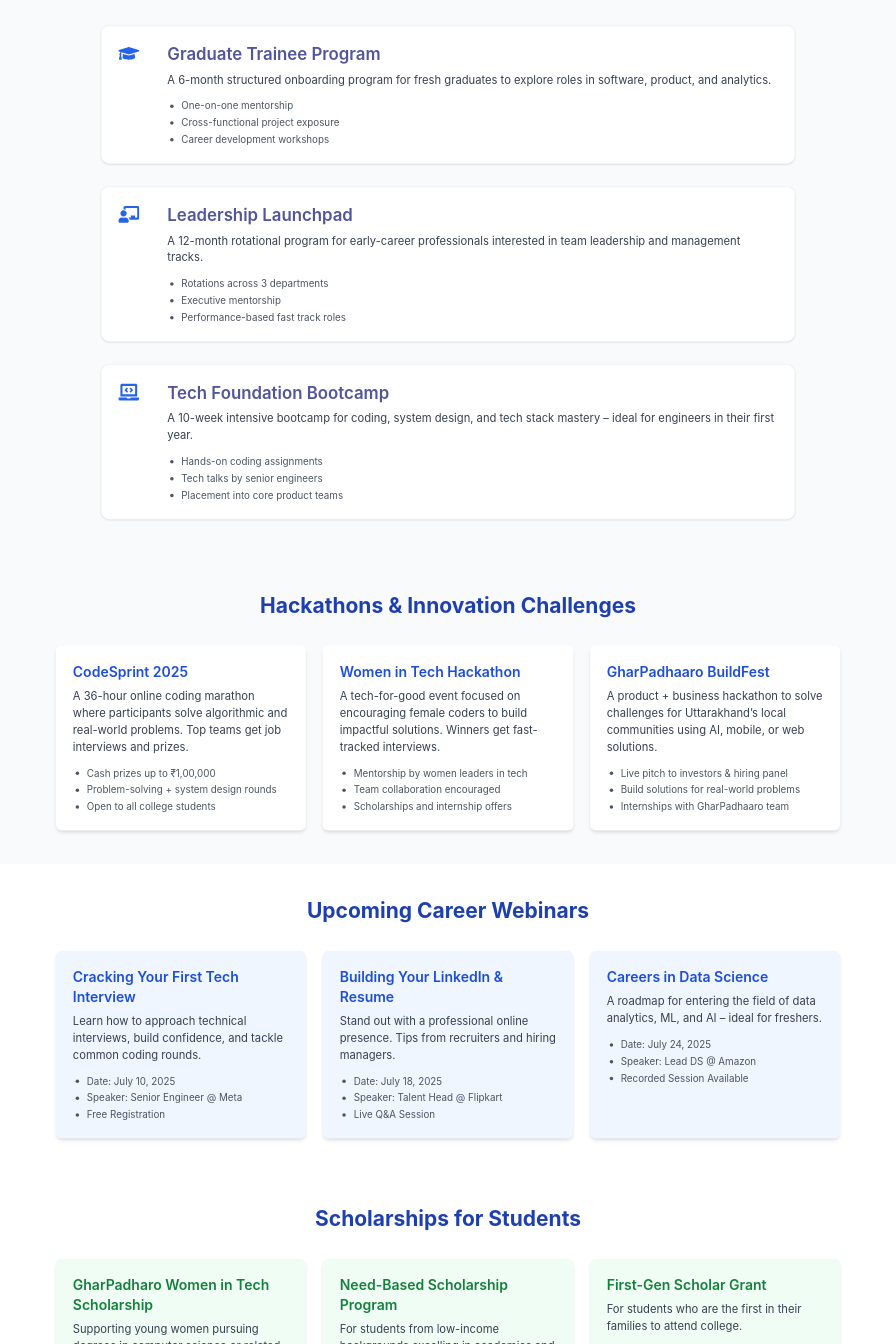
Repository: Siddharthkothiyal/GharPadhaaroCareerWebsite
Page: /#/students
An editor plug-in stored every save of this project. The page is shown before and after the next save, followed by the edit.
The browser window is 1280 px wide. The pictures show the part of the page from y = 2135 to 4055 px (the page is 5581 px tall), at 70% of full size.
The project was rebuilt for these pictures with package versions that can differ from the ones it lists, and the page was loaded fresh each time. Also part of the build but not shown: src/components/CareerPortal/JobListing/JobListings.css, src/components/CareerPortal/JobListing/JobListings.js, src/components/CareerPortal/Header.css, src/components/CareerPortal/ResumeUpload.css, src/components/CareerPortal/ResumeUpload.js, src/components/CareerPortal/Header.js, src/components/CareerPortal/JobListing/JobSearch.css, src/components/CareerPortal/JobListing/JobSearch.js and 10 more.

Above is the page before, as saved 2025-06-21 22:09:49.

After the next save:
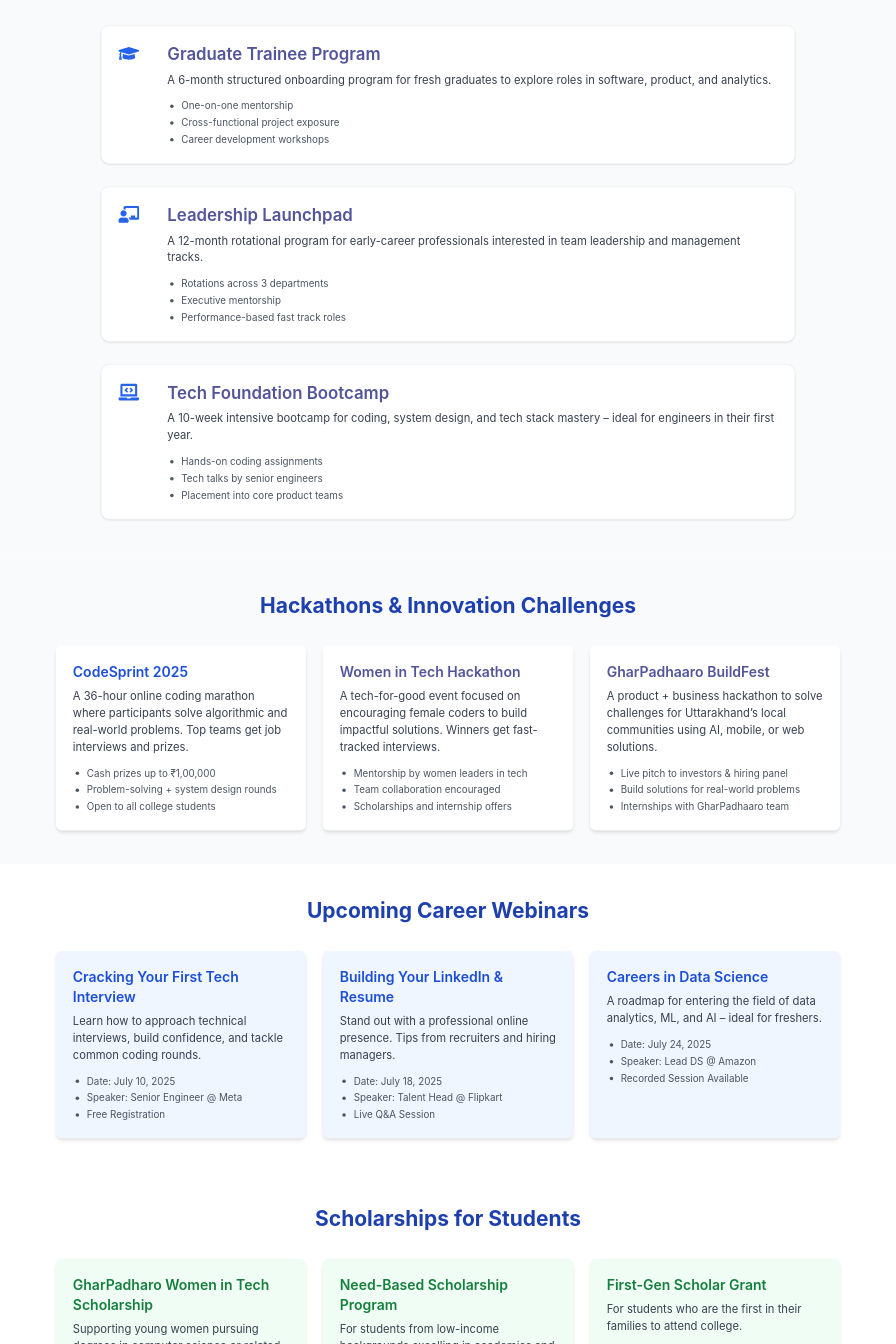
Saved 63 s later.
--- a/src/components/CareerPortal/StudentsPage/sections/Hackathons.js
+++ b/src/components/CareerPortal/StudentsPage/sections/Hackathons.js
@@ -26,7 +26,7 @@ const Hackathon = () => {
 
           {/* Hackathon 2 */}
           <div className="bg-white rounded-lg shadow-md p-6 hover:shadow-lg transition">
-            <h3 className="text-xl font-semibold text-blue-700 mb-2">
+            <h3 className="text-xl font-semibold text-[#525599] mb-2">
               Women in Tech Hackathon
             </h3>
             <p className="text-gray-700 mb-4">
@@ -41,7 +41,7 @@ const Hackathon = () => {
 
           {/* Hackathon 3 */}
           <div className="bg-white rounded-lg shadow-md p-6 hover:shadow-lg transition">
-            <h3 className="text-xl font-semibold text-blue-700 mb-2">
+            <h3 className="text-xl font-semibold text-[#525599] mb-2">
               GharPadhaaro BuildFest
             </h3>
             <p className="text-gray-700 mb-4">
